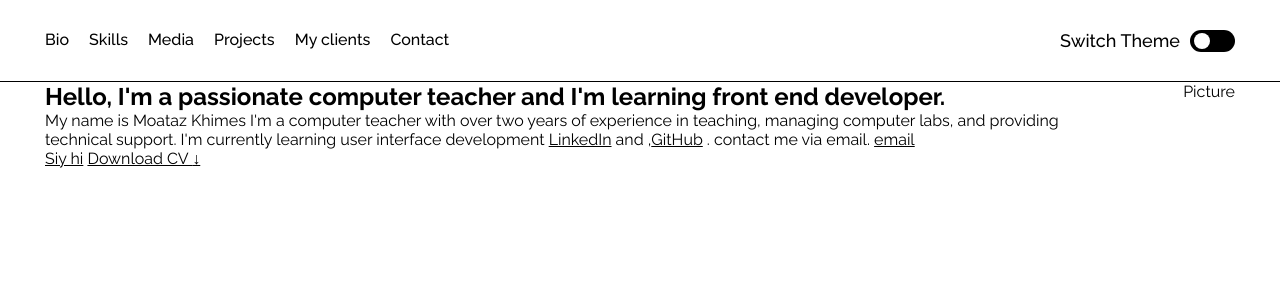
Repository: moataz305G/Personal-website
Page: index.html
These files come from the project's save history. The page is drawn as it stood at one moment and after the next save; the edit follows.
The browser window is 1280 px wide. The pictures show the whole page.

Above is the page before, as saved 2025-12-12 21:00:47.

### index.html
<!DOCTYPE html>
<html lang="en">
  <head>
    <meta charset="UTF-8" />

    <meta name="viewport" content="width=device-width, initial-scale=1.0" />
    <link rel="preconnect" href="https://fonts.googleapis.com" />
    <link rel="preconnect" href="https://fonts.gstatic.com" crossorigin />
    <link
      href="https://fonts.googleapis.com/css2?family=Raleway:ital,wght@0,100..900;1,100..900&display=swap"
      rel="stylesheet"
    />

    <link rel="stylesheet" href="Style.css" />
    <title class="title">Moataz khimes</title>
  </head>
  <body>
    <div class="container">
      <header class="header">
        <nav class="navigation">
          <ul class="navigation__list">
            <li><a href="#" class="navigation__link">Bio</a></li>
            <li><a href="#" class="navigation__link">Skills</a></li>
            <li><a href="#" class="navigation__link">Media</a></li>
            <li><a href="#" class="navigation__link">Projects</a></li>
            <li><a href="#" class="navigation__link">My clients</a></li>
            <li><a href="#" class="navigation__link">Contact</a></li>
          </ul>
        </nav>

        <div class="toggle">
          <h3 class="toggle__title">Switch Theme</h3>
          <input
            type="checkbox"
            name="toggle checkbox"
            id="toggle"
            class="toggle__checkbox"
          />
          <label for="toggle" class="toggle__label"></label>
        </div>
      </header>

      <section id="bio" class="bio section">
        <div class="bio__content">
          <h1 class="bio__heading">
            Hello, I'm a passionate computer teacher and I'm learning front end
            developer.
          </h1>
          <p class="bio__objeactive">
            My name is <span class="bio__name">Moataz Khimes</span>
            I'm a computer teacher with over two years of experience in
            teaching, managing computer labs, and providing technical support.
            I'm currently learning user interface development
            <a
              href="https://www.linkedin.com/in/moataz-khimes-53586223b/"
              class="bio__linkedin"
              >LinkedIn</a
            >
            and ,<a href="https://github.com/moataz305G" class="bio__github"
              >GitHub</a
            >
            . contact me via email.
            <a href="mutazkhmes@gmail.com" class="gio__email">email</a>
          </p>
          <a href="#" class="bio__links siy-hi-link">Siy hi</a>
          <a href="#" class="bio__links find-out-link"
            >Download CV <span class="bio__arrow">↓</span></a
          >
        </div>
        <div class="bio__pic-content">Picture</div>
      </section>
    </div>
  </body>
</html>

### Style.css
:root {
  --container-width: 119rem;
  --guter: 6rem;

  --color-black: #000;
  --color-white: #fff;
  --color-blue: #2374e1;
  --color-lite-blue: #1d9bf0;
  --color-dark-blue: #0a66c2;
  --color-darker-blue: #143ce8;
  --color-red: #ff0000;
  --color-green: #03a696;
  --color-gray: #f6f6f6;
  --color-dark-green: #42959b;

  --color-background: var(--color-white);
  --color-text: var(--color-black);
  --color-box-img: var(--color-black);
  --color-link-bg: var(--color-black);
  --color-input-border: var(--color-black);

  --font-family-raleway: "Raleway", sans-serif;
  --font-family-poppins: "Poppins", sans-serif;

  --font-weight-regular: 400;
  --font-weight-medium: 500;
  --font-weight-semi-bold: 600;
  --font-weight-bold: 700;

  --font-size-70: 7rem;
  --font-size-65: 6.5rem;
  --font-size-40: 4rem;
  --font-size-38: 3.8rem;
  --font-size-24: 2.4rem;
  --font-size-22: 2.2rem;
  --font-size-20: 2rem;
  --font-size-18: 1.8rem;
  --font-size-15: 1.5rem;

  --transition-timing: 0.3s;
}
/* CSS Reset */
* {
  margin: 0;
  padding: 0;
}

*,
*::after,
*::before {
  box-sizing: border-box;
}

a {
  color: inherit;
  display: inline-block;
}

button {
  background-color: transparent;
  border: none;
  cursor: pointer;
}

ul,
ol {
  list-style: none;
}
/* END CSS Reset */
html {
  font-size: 62.5%;
  scroll-behavior: smooth;
  scroll-padding-top: 11rem;
}

body {
  font-size: 1.6rem;
  font-family: var(--font-family-raleway);
  background-color: var(--color-background);
  color: var(--color-text);
}

.container {
  max-width: var(--container-width);
  margin: 0 auto;
}
header {
  position: relative;
  padding: 3rem 0;
  display: flex;
  justify-content: center;
  z-index: 0;
}
.header::before {
  content: "";
  position: absolute;
  height: 100%;
  width: 100vw;
  border-bottom: 0.1rem solid var(--color-black);
  top: 0;
  z-index: -1;
}

.navigation__list {
  display: flex;
  gap: 2rem;
}
.navigation__link:link,
.navigation__link:visited {
  text-decoration: none;
  font-weight: var(--font-weight-medium);
}
.navigation__link:hover,
.navigation__link:active {
  text-decoration: underline;
  color: var(--color-text);
}

/* Toggle */
.toggle {
  display: flex;
  gap: 1rem;
  margin-left: auto;
}
.toggle__title {
  font-weight: var(--font-weight-medium);
  font-size: var(--font-size-18);
}

.toggle__checkbox {
  display: none;
}

.toggle__label {
  display: block;
  position: relative;
  background-color: var(--color-black);
  border-radius: 1.5rem;
  width: 4.5rem;
  height: 2.2rem;
  cursor: pointer;
  padding: 0.3rem 0.4rem;
  transition: 0.3s;
}

.toggle__label::after {
  content: "";
  display: block;
  width: 1.6rem;
  height: 1.6rem;
  border-radius: 50%;
  background-color: var(--color-white);
  transition: 0.3s;
}

.toggle__checkbox:checked + .toggle__label {
  background-color: var(--color-white);
}
.toggle__checkbox:checked + .toggle__label::after {
  transform: translateX(2.1rem);
  background-color: var(--color-green);
}

/* End Toggle */

.section {
  display: grid;
  grid-template-columns: repeat(2, auto);
  align-items: start;
}

/* Bio */
.bio {
  grid-gap: 7.4rem;
}

After the next save:
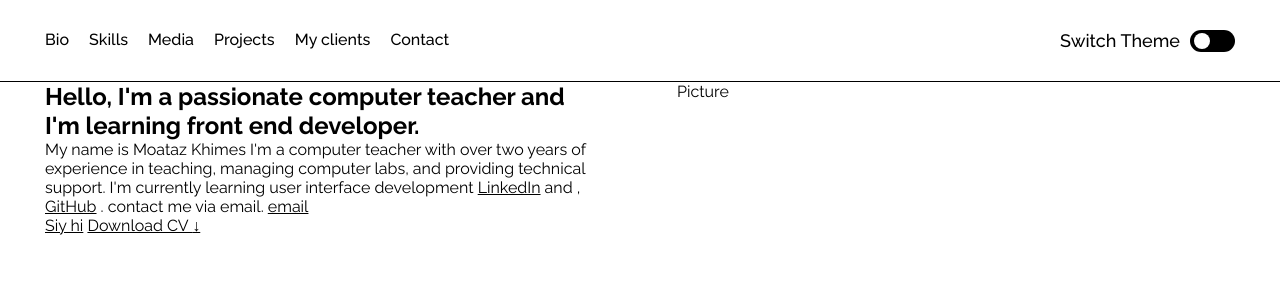
Saved 2 min 12 s later.
--- a/Style.css
+++ b/Style.css
@@ -172,4 +172,5 @@ header {
 /* Bio */
 .bio {
   grid-gap: 7.4rem;
+  grid-template-columns: repeat(2, 1fr);
 }
